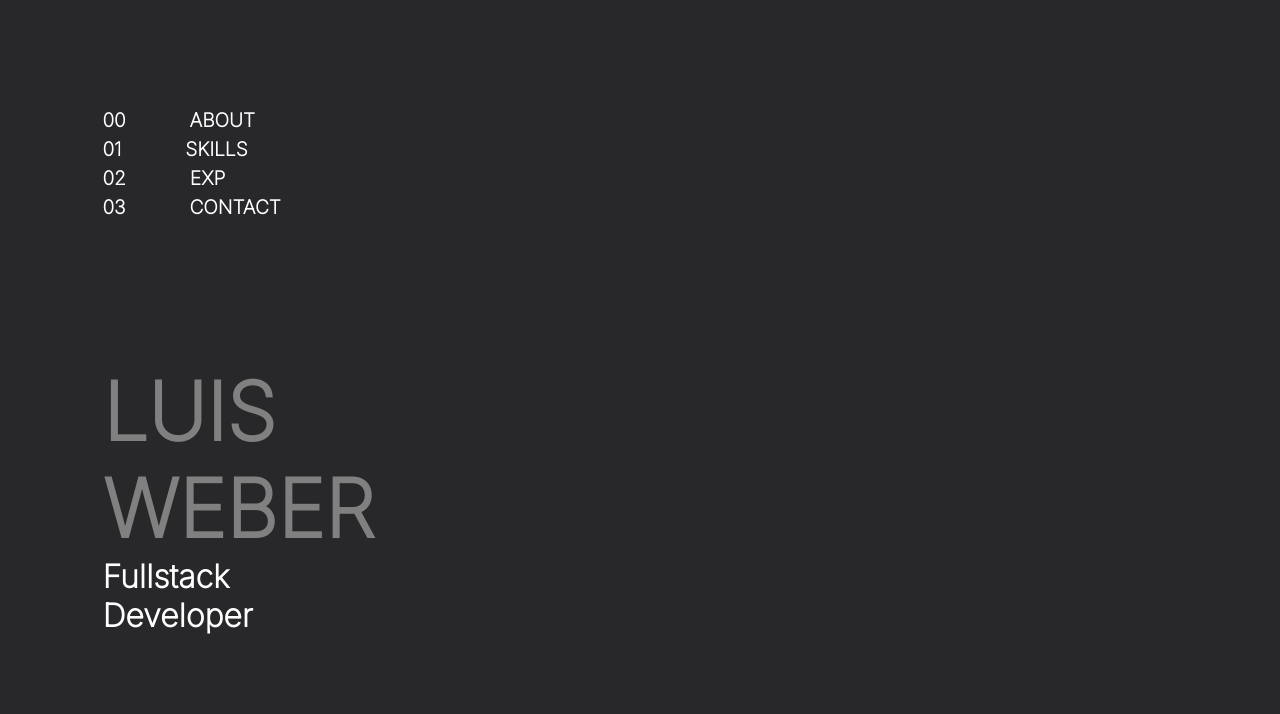
Repository: luiswh1/Portfolio
Page: /
These files come from the project's save history. The page is drawn as it stood at one moment and after the next save; the edit follows.
The browser window is 1280 px wide. The pictures show the whole page.
The project was rebuilt for these pictures with package versions that can differ from the ones it lists, and the page was loaded fresh each time.

Above is the page before, as saved 2023-05-25 20:02:56.

After the next save:
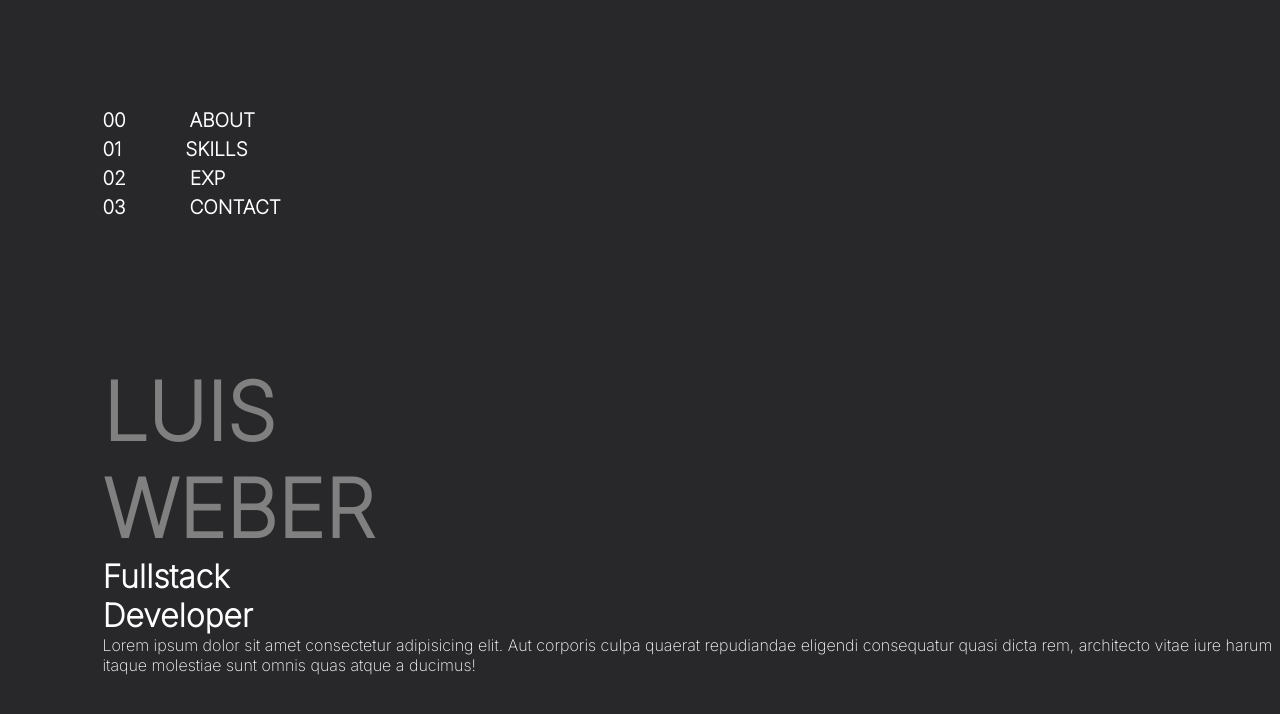
Saved 96 s later.
--- a/src/Pages/Home.tsx
+++ b/src/Pages/Home.tsx
@@ -24,6 +24,13 @@ const Home = () => {
           Fullstack <br />
           Developer
         </h1>
+
+        <p>
+          Lorem ipsum dolor sit amet consectetur adipisicing elit. Aut corporis
+          culpa quaerat repudiandae eligendi consequatur quasi dicta rem,
+          architecto vitae iure harum itaque molestiae sunt omnis quas atque a
+          ducimus!
+        </p>
       </InnerContainer>
     </Container>
   );
